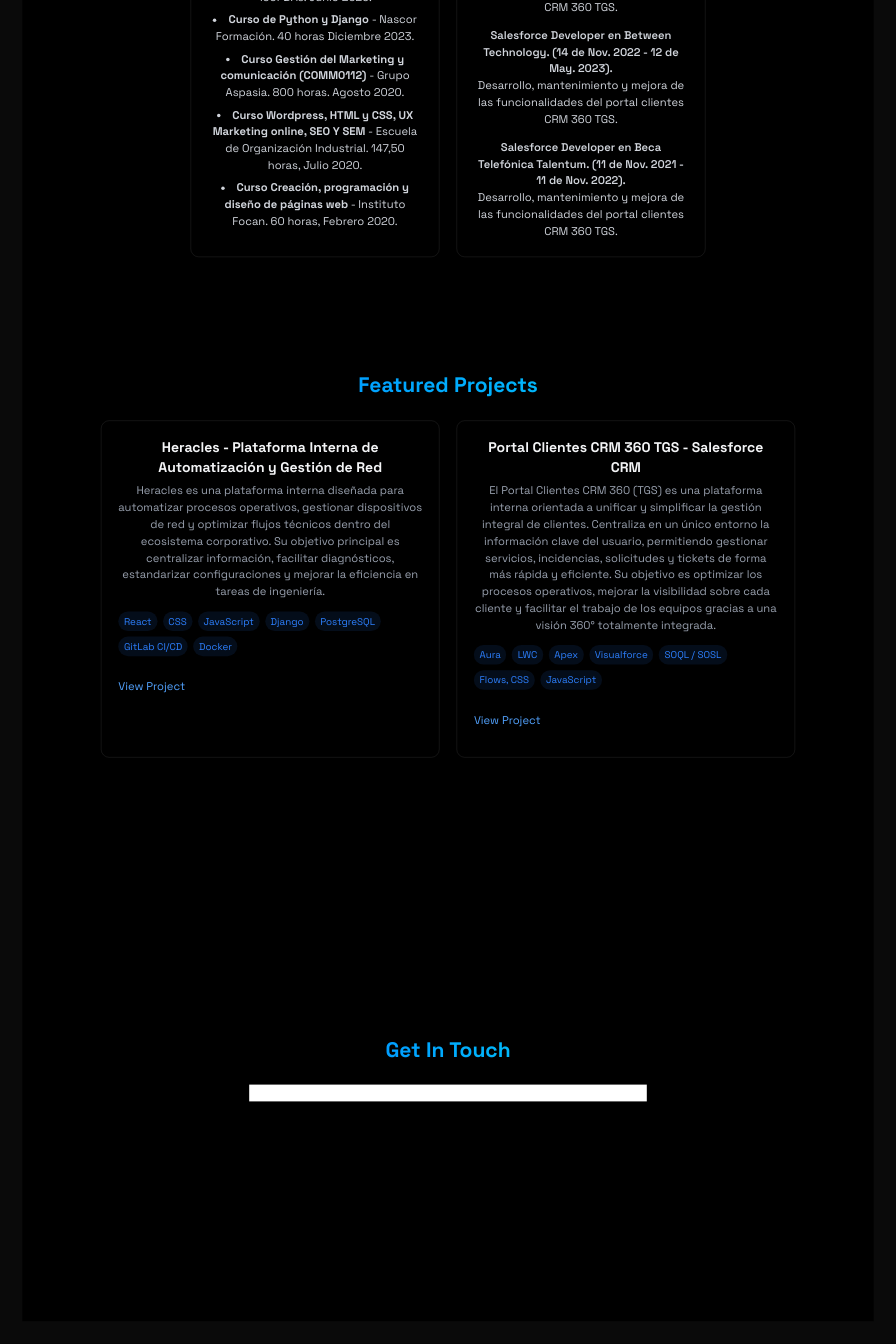
Repository: Bea0224/beatriz-portfolio
Page: /
An editor plug-in stored every save of this project. The page is shown before and after the next save, followed by the edit.
The browser window is 1280 px wide. The pictures show the part of the page from y = 1708 to 3628 px (the page is 3628 px tall), at 70% of full size.
The project was rebuilt for these pictures with package versions that can differ from the ones it lists, and the page was loaded fresh each time. Also part of the build but not shown: vite.config.js.

Above is the page before, as saved 2025-12-08 19:19:04.

After the next save:
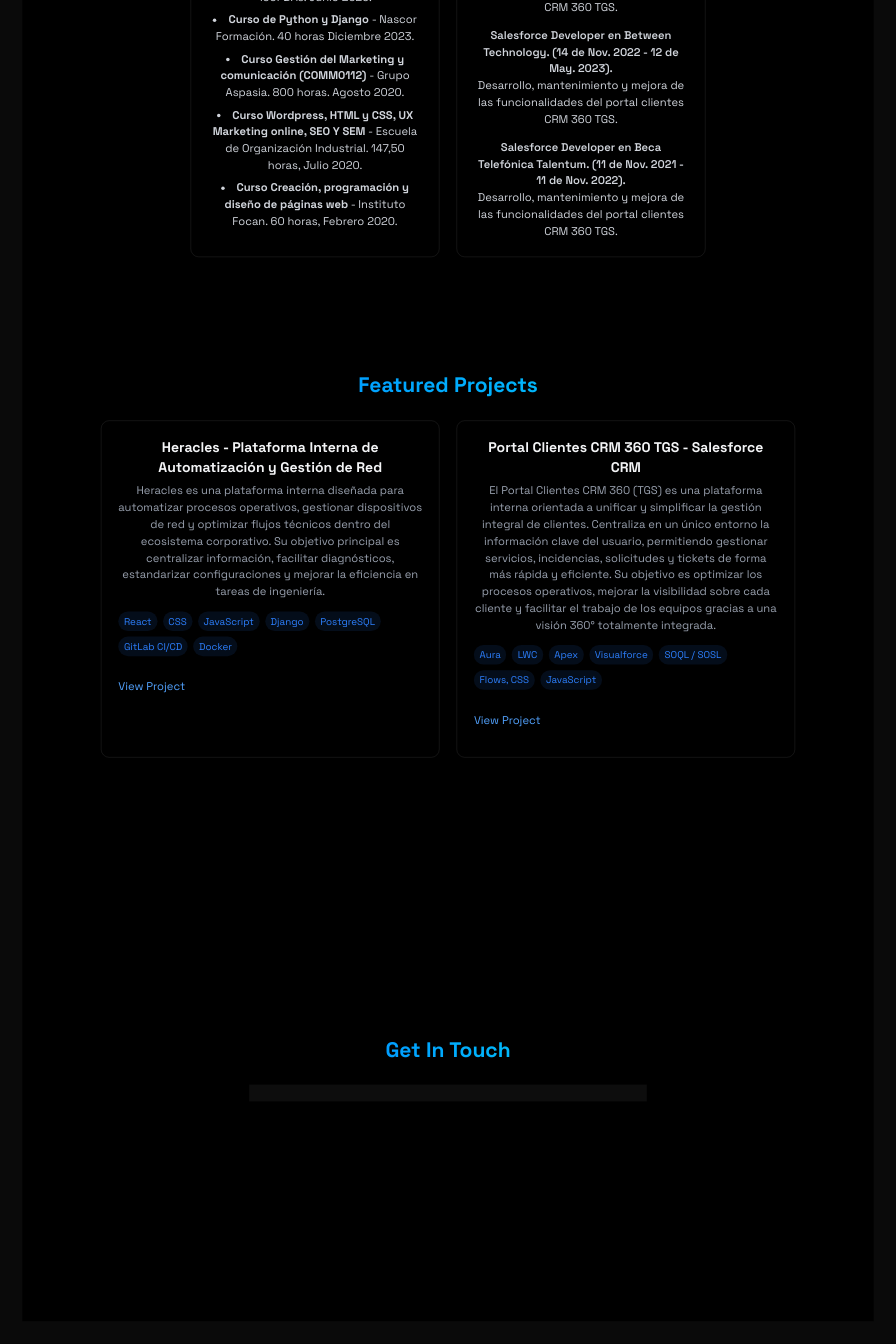
Saved 8 s later.
--- a/src/components/sections/Contact.jsx
+++ b/src/components/sections/Contact.jsx
@@ -14,7 +14,7 @@ export const Contact = () => {
                     </h2>
                     <form className="space-y-6">
                         <div className="relative">
-                            <input type="text" id="name" name="name" required className="w-full bg-white"/>
+                            <input type="text" id="name" name="name" required className="w-full bg-white/5"/>
                         </div>
                     </form>
                 </div>
